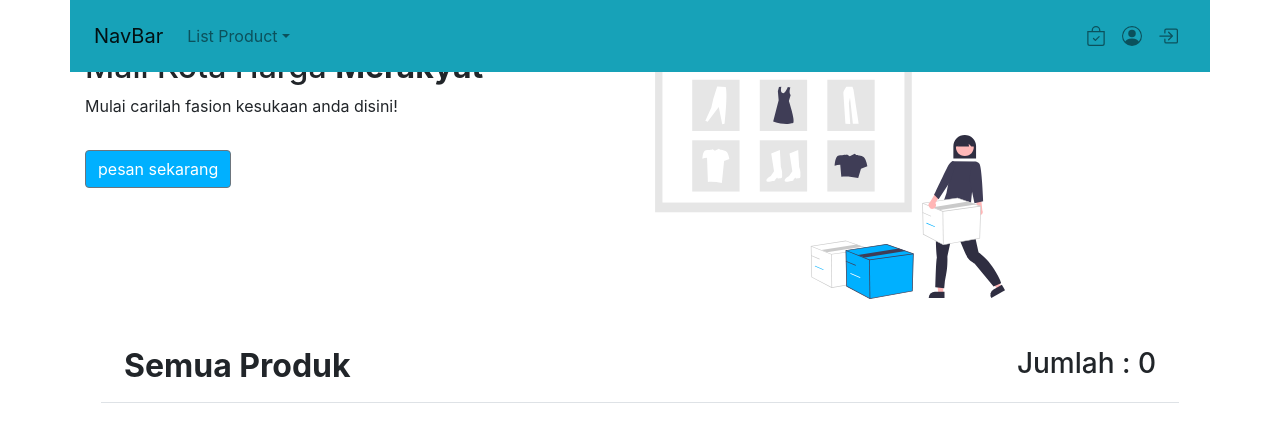
Repository: AHSANS354/ecommerce-catalog
Page: /
The author's editor kept a copy of each file at every save. The page is drawn from the files as they stood at one save, then again after the next save.
The browser window is 1280 px wide. The pictures show the whole page.
The page's requests for data from a server got no answer. The project was rebuilt for these pictures with package versions that can differ from the ones it lists, and the page was loaded fresh each time. No one was signed in, and anything a server would have sent is missing. Also part of the build but not shown: vue.config.js, src/components/CardProduct.vue.

Above is the page before, as saved 2023-03-01 22:46:51.

### src/main.js
import Vue from "vue";
import App from "./App.vue";
import router from "./router";
import { BootstrapVue, IconsPlugin } from "bootstrap-vue";
// Import Bootstrap and BootstrapVue CSS files (order is important)
import "bootstrap/dist/css/bootstrap.css";
import "bootstrap-vue/dist/bootstrap-vue.css";
import "./assets/style/main.css";

// Make BootstrapVue available throughout your project
Vue.use(BootstrapVue);
// Optionally install the BootstrapVue icon components plugin
Vue.use(IconsPlugin);

Vue.config.productionTip = false;

new Vue({
  router,
  render: (h) => h(App),
}).$mount("#app");

### src/App.vue
<template>
  <div id="app">
    <router-view />
  </div>
</template>

### src/assets/style/main.css
.btn.btn-secondary {
  background-color: #00b0ff !important;
}

.card-img-top {
  height: 18rem;
}

.card {
  padding: 2rem;
}

.deskripsi {
  display: -webkit-box;
  -webkit-line-clamp: 3;
  -webkit-box-orient: vertical;
  overflow: hidden;
  text-overflow: ellipsis;
}

.title {
  display: -webkit-box;
  -webkit-line-clamp: 2;
  -webkit-box-orient: vertical;
  overflow: hidden;
  text-overflow: ellipsis;
}

### src/views/HomeView.vue
<template>
  <div class="home">
    <navbar-view />
    <div class="container mt-5">
      <div class="row">
        <div class="col-md-6">
          <h2>Mall Kota Harga <strong>Merakyat</strong></h2>
          <p>Mulai carilah fasion kesukaan anda disini!</p>

          <b-button class="mt-3"> pesan sekarang </b-button>
        </div>
        <div class="col-md-6">
          <img
            src="../assets/images/undraw_web_shopping_re_owap.svg"
            alt="foto"
            width="350"
          />
        </div>
      </div>

      <div class="row border-bottom m-3 p-2">
        <div class="col d-flex justify-content-between mt-4">
          <h2><strong>Semua Produk</strong></h2>
          <h3>
            Jumlah :
            {{ products.length }}
          </h3>
        </div>
      </div>

      <div class="row">
        <div class="col-md-4" v-for="product in products" :key="product.id">
          <card-product :product="product" />
        </div>
      </div>
    </div>
  </div>
</template>

<script>
import NavbarView from "@/components/NavbarView.vue";
import CardProduct from "@/components/CardProduct.vue";
import axios from "axios";
// @ is an alias to /src

export default {
  name: "HomeView",
  components: {
    NavbarView,
    CardProduct,
  },
  data() {
    return {
      products: [],
    };
  },
  methods: {
    setProduct(data) {
      this.products = data;
    },
  },
  mounted() {
    axios
      .get("https://fakestoreapi.com/products")
      .then((response) => this.setProduct(response.data))
      .catch((error) => console.log(error));
  },
};
</script>

### src/components/NavbarView.vue
<template>
  <div class="container p-2 fixed-top bg-info">
    <b-navbar toggleable="lg" type="light">
      <router-link class="navbar-brand" to="/">NavBar</router-link>

      <b-navbar-toggle target="nav-collapse"></b-navbar-toggle>

      <b-collapse id="nav-collapse" is-nav>
        <b-navbar-nav>
          <b-nav-item-dropdown text="List Product" right>
            <router-link class="dropdown-item" to="/">EN</router-link>
            <router-link class="dropdown-item" to="/">ES</router-link>
            <router-link class="dropdown-item" to="/">RU</router-link>
            <router-link class="dropdown-item" to="/">FA</router-link>
          </b-nav-item-dropdown>
        </b-navbar-nav>

        <!-- Right aligned nav items -->
        <b-navbar-nav class="ml-auto">
          <router-link to="/"
            ><b-nav-item><b-icon-bag-check></b-icon-bag-check></b-nav-item
          ></router-link>
          <router-link to="/"
            ><b-nav-item
              ><b-icon-person-circle></b-icon-person-circle></b-nav-item
          ></router-link>
          <router-link to="/"
            ><b-nav-item
              ><b-icon-box-arrow-in-right></b-icon-box-arrow-in-right></b-nav-item
          ></router-link>
        </b-navbar-nav>
      </b-collapse>
    </b-navbar>
  </div>
</template>

<script>
export default {
  name: "NavbarView",
};
</script>

<style>
</style>

Loaded but not shown: public/index.html (common file); src/router/index.js (common file)

After the next save:
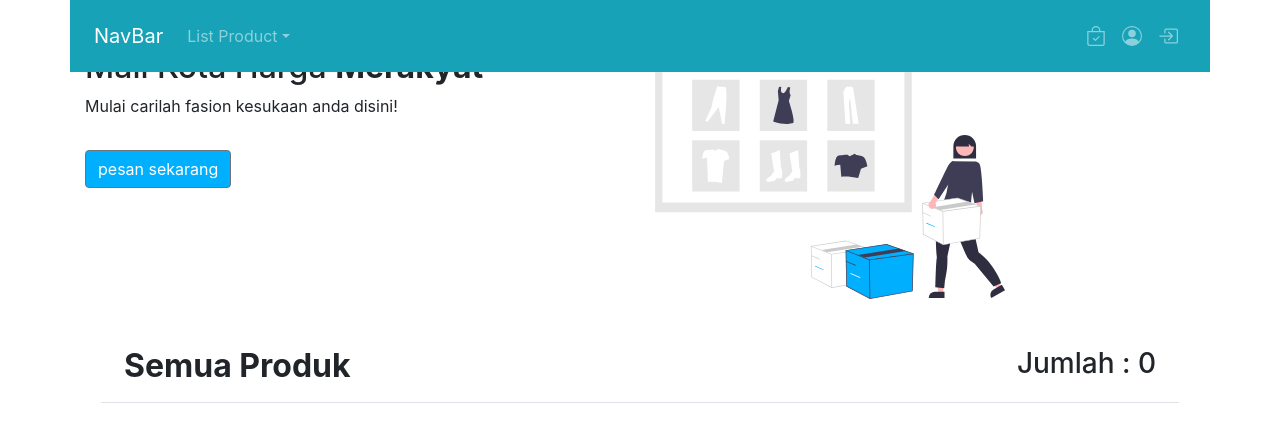
Saved 14 s later.
--- a/src/components/NavbarView.vue
+++ b/src/components/NavbarView.vue
@@ -1,6 +1,6 @@
 <template>
   <div class="container p-2 fixed-top bg-info">
-    <b-navbar toggleable="lg" type="light">
+    <b-navbar toggleable="lg" type="dark">
       <router-link class="navbar-brand" to="/">NavBar</router-link>
 
       <b-navbar-toggle target="nav-collapse"></b-navbar-toggle>
